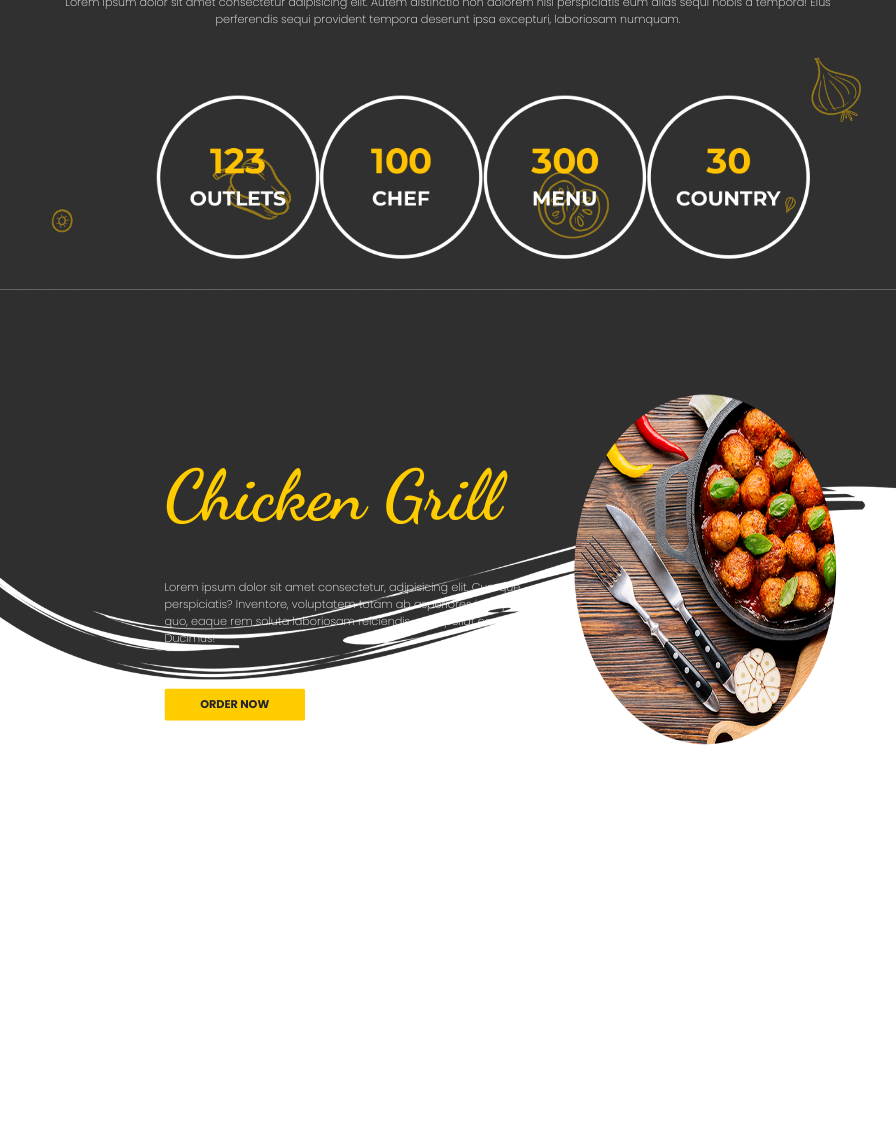
Repository: iphoneboy46/templateRestaurent
Page: index.html
These files come from the project's save history. The page is drawn as it stood at one moment and after the next save; the edit follows.
The browser window is 1280 px wide. The pictures show the part of the page from y = 2921 to 4841 px (the page is 4535 px tall before and 4841 px after), at 70% of full size.

Above is the page before, as saved 2022-10-12 16:46:49.

After the next save:
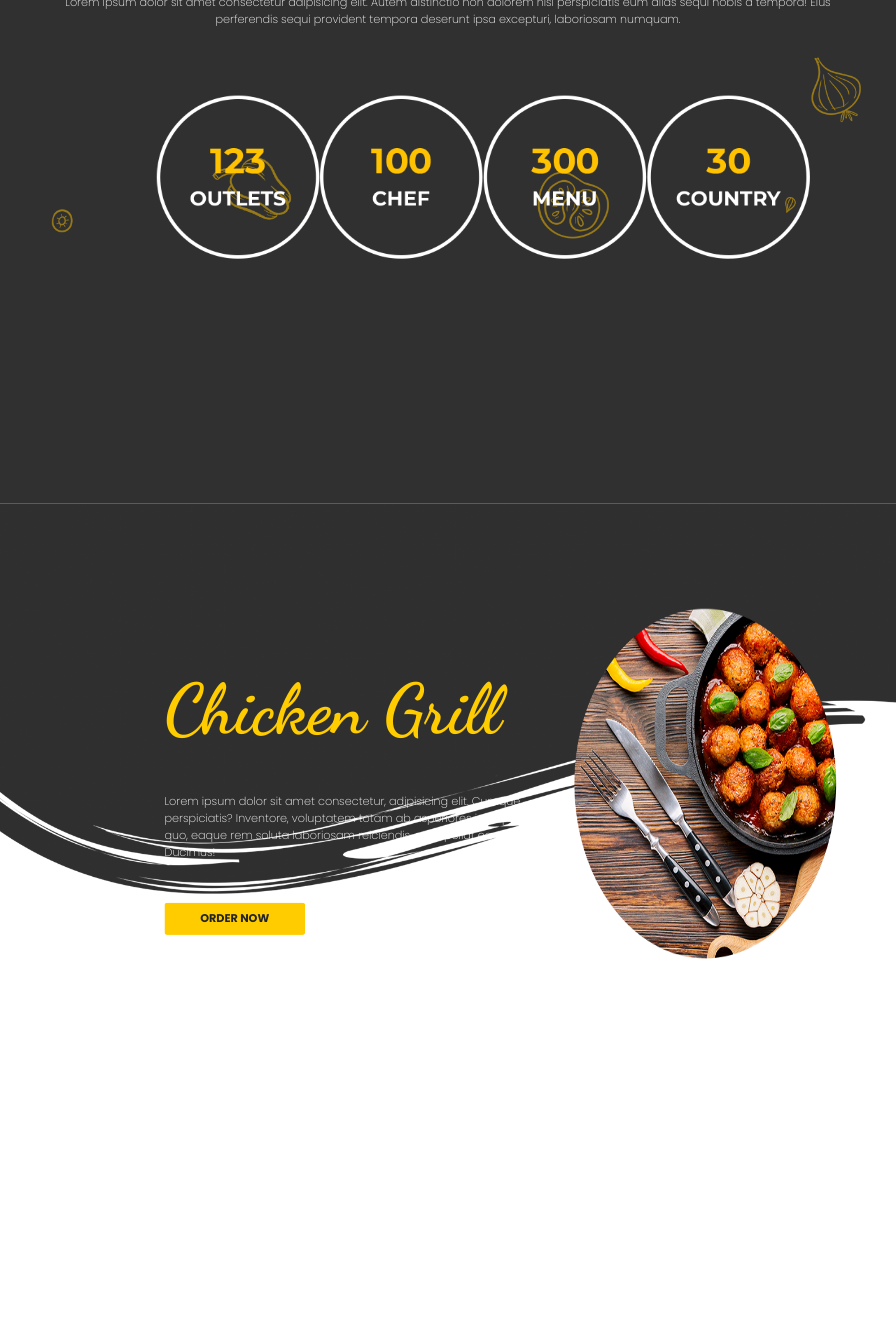
Saved 13 s later.
--- a/style.css
+++ b/style.css
@@ -174,7 +174,6 @@ body{
 }
 
 .section__Statistics{
-    position: relative;
     background-image: url(images/Design2.png);
     background-color: #303030;
     background-repeat: no-repeat;
@@ -208,8 +207,6 @@ body{
 }
 
 .section__Chicken{
-    position: absolute;
-    top: 400px;
     background-image: url(images/Design4.png);
     background-color: white;
     height: 1200px;
